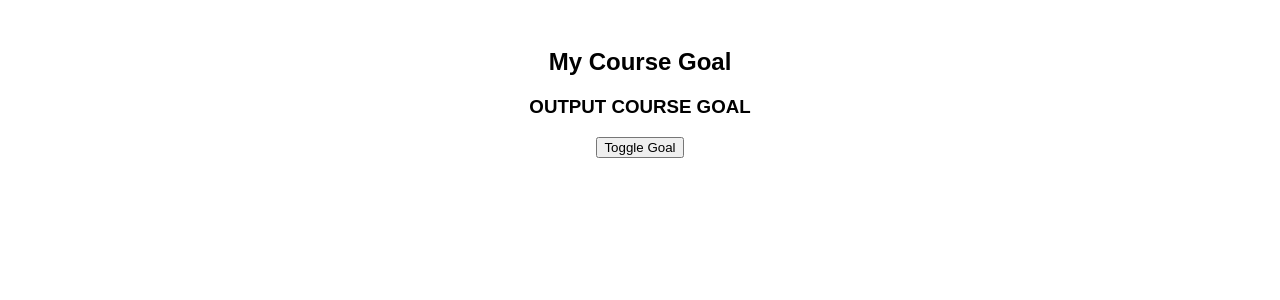
Repository: hanysaadeldeen/Learn-Vue_with_Maximilian
Page: / (app in 18-composition-api/problem-one/)
The author's editor kept a copy of each file at every save. The page is drawn from the files as they stood at one save, then again after the next save.
The browser window is 1280 px wide. The pictures show the whole page.
The project was rebuilt for these pictures with package versions that can differ from the ones it lists, and the page was loaded fresh each time.

Above is the page before, as saved 2024-02-05 12:06:52.

After the next save:
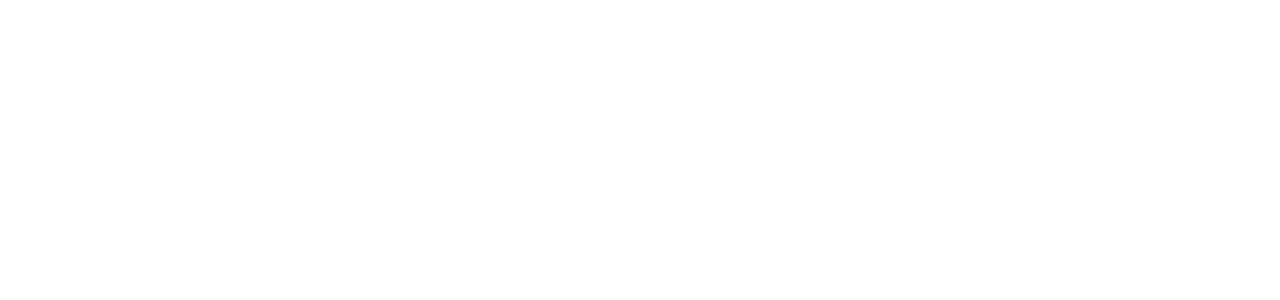
Console error: ReferenceError: set is not defined
Saved 7 min 20 s later.
--- a/18-composition-api/problem-one/src/App.vue
+++ b/18-composition-api/problem-one/src/App.vue
@@ -13,9 +13,10 @@
 </template>
 
 <script>
+import { ref } from 'vue';
 export default {
-
-}
+  set,
+};
 </script>
 
 <style>

After the save that followed:
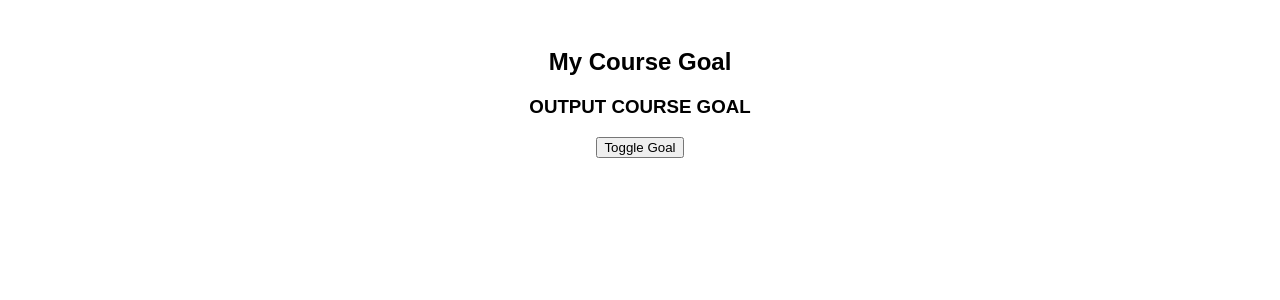
The error is gone.
Saved 43 s later.
--- a/18-composition-api/problem-one/src/App.vue
+++ b/18-composition-api/problem-one/src/App.vue
@@ -15,7 +15,9 @@
 <script>
 import { ref } from 'vue';
 export default {
-  set,
+  setup() {
+    const goal = ref('course goal');
+  },
 };
 </script>
 
